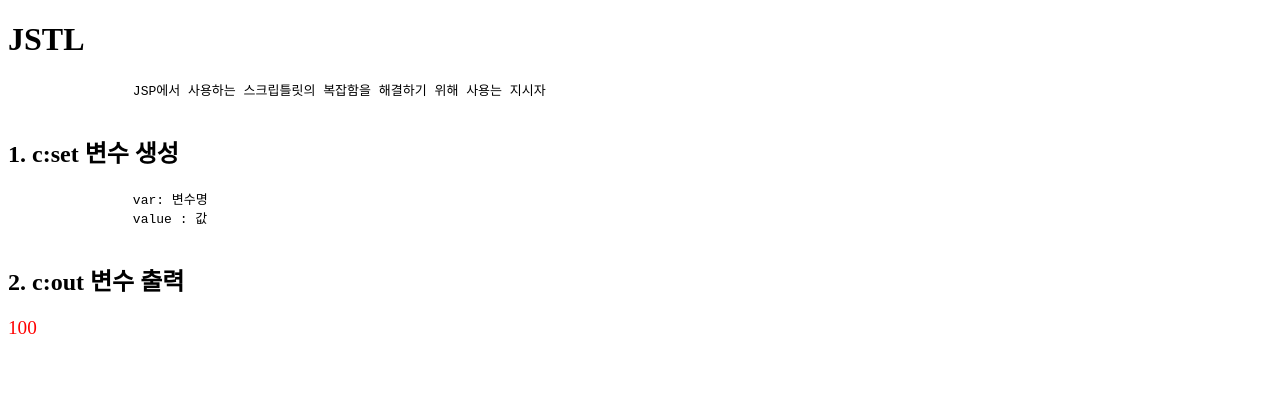
Repository: vaynel/StudyFile
Page: http://localhost/spring04_jsp/jstl
The author's editor kept a copy of each file at every save. The page is drawn from the files as they stood at one save, then again after the next save.
The browser window is 1280 px wide. The pictures show the whole page.
The page is served by Tomcat 9. Other server files are loaded and not shown.

Above is the page before, as saved 2023-01-20 01:48:29.

### H_spring/spring04_jsp/WebContent/WEB-INF/views/el-jstl/jstl.jsp
<%@ page language="java" contentType="text/html; charset=UTF-8"
    pageEncoding="UTF-8"%>
<%@ taglib prefix="c" uri="http://java.sun.com/jsp/jstl/core" %>
<!DOCTYPE html>
<html>
<head>
<meta charset="UTF-8">
<title>Insert title here</title>
<style type="text/css">
	span{
		display: block;
		font-size:1.5vw;
		color:red;
	}
</style>
</head>
<body>
<h1>JSTL</h1>
	<pre>
		JSP에서 사용하는 스크립틀릿의 복잡함을 해결하기 위해 사용는 지시자
	</pre>
	<h2>1. c:set 변수 생성</h2>
	<pre>
		var: 변수명
		value : 값
	</pre>
	<c:set var="num1" value="100"></c:set>
	<c:set var="html" value="<a href='https://www.naver.com'>네이버로 이동 </a>"></c:set>

	<h2>2. c:out 변수 출력</h2>
	<span><c:out value="${num1}"></c:out></span>










</body>
</html>

### H_spring/spring04_jsp/ src/com/mc/jsp/C_JSTL.java
package com.mc.jsp;

import java.io.IOException;
import javax.servlet.ServletException;
import javax.servlet.annotation.WebServlet;
import javax.servlet.http.HttpServlet;
import javax.servlet.http.HttpServletRequest;
import javax.servlet.http.HttpServletResponse;

/**
 * Servlet implementation class C_JSTL
 */
@WebServlet("/jstl")
public class C_JSTL extends HttpServlet {
	private static final long serialVersionUID = 1L;

    /**
     * @see HttpServlet#HttpServlet()
     */
    public C_JSTL() {
        super();
        // TODO Auto-generated constructor stub
    }

	/**
	 * @see HttpServlet#doGet(HttpServletRequest request, HttpServletResponse response)
	 */
	protected void doGet(HttpServletRequest request, HttpServletResponse response) throws ServletException, IOException {
		// TODO Auto-generated method stub
		request.getRequestDispatcher("/WEB-INF/views/el-jstl/jstl.jsp").forward(request, response);
	}

	/**
	 * @see HttpServlet#doPost(HttpServletRequest request, HttpServletResponse response)
	 */
	protected void doPost(HttpServletRequest request, HttpServletResponse response) throws ServletException, IOException {
		// TODO Auto-generated method stub
		doGet(request, response);
	}

}

After the next save:
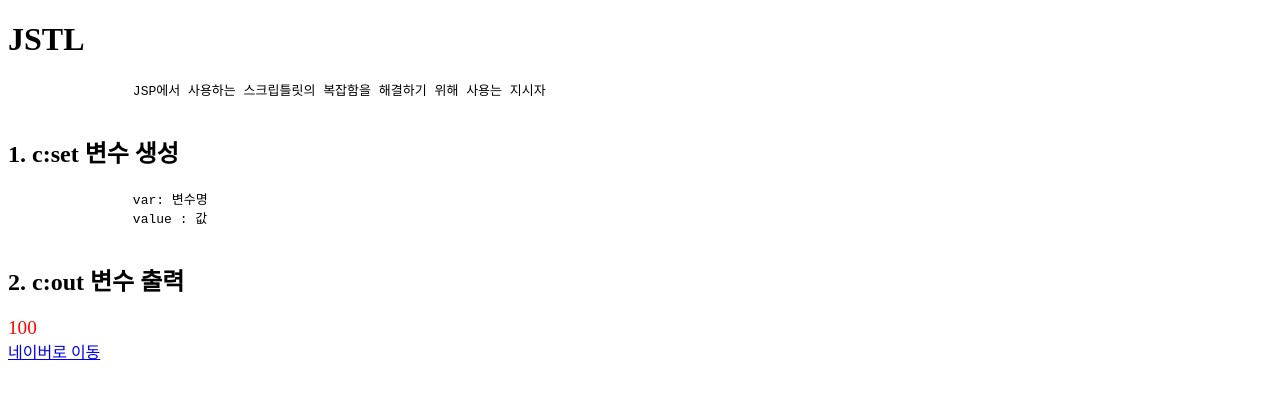
Saved 35 s later.
--- a/H_spring/spring04_jsp/WebContent/WEB-INF/views/el-jstl/jstl.jsp
+++ b/H_spring/spring04_jsp/WebContent/WEB-INF/views/el-jstl/jstl.jsp
@@ -29,6 +29,7 @@
 
 	<h2>2. c:out 변수 출력</h2>
 	<span><c:out value="${num1}"></c:out></span>
+	${html}
 
 
 
